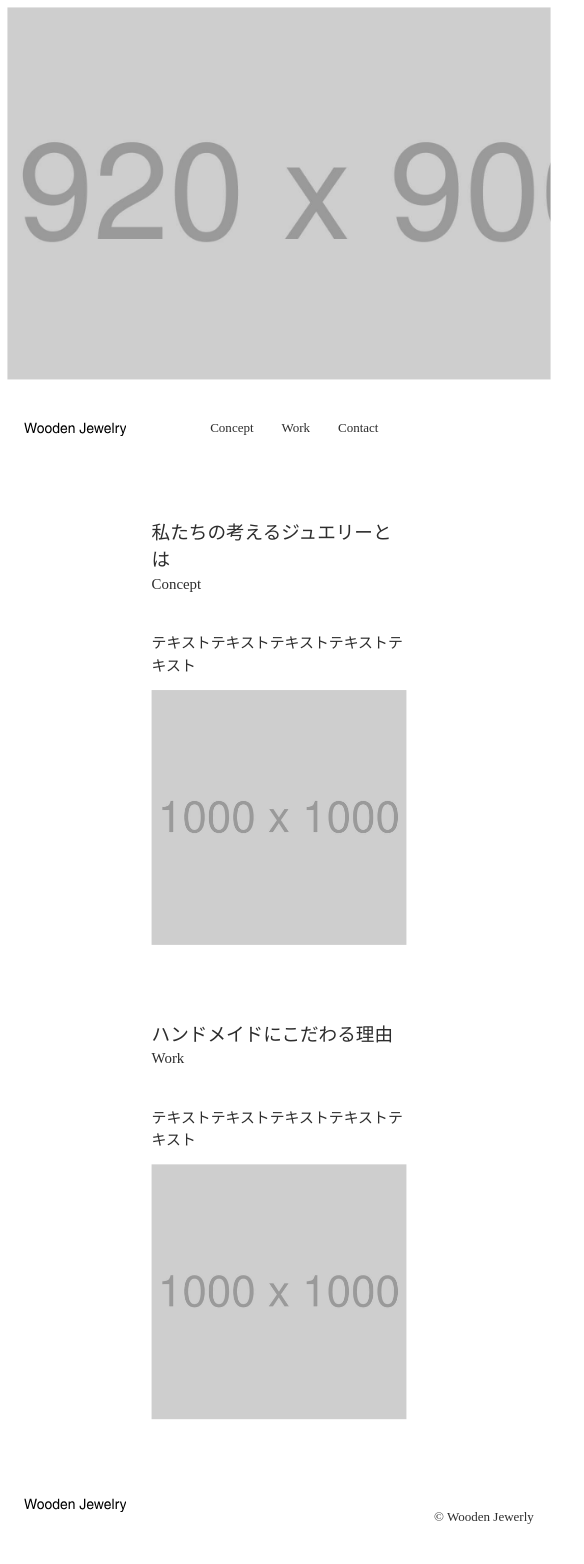
Repository: Fuki-san/jewelry
Page: http://localhost/jewelry
The author's editor kept a copy of each file at every save. The page is drawn from the files as they stood at one save, then again after a run of saves.
The browser window is 600 px wide. The page is 628 px wide, so the pictures cover 628 px, including what lies to the right of the window. The pictures show the whole page, at 93% of full size.
The page is served by the project's Laravel application, run on PHP 8.4 with Laravel 10. Other server files are loaded and not shown.

Above is the page before, as saved 2023-11-26 15:11:30.

### routes/web.php
<?php

use Illuminate\Support\Facades\Route;

/*
|--------------------------------------------------------------------------
| Web Routes
|--------------------------------------------------------------------------
|
| Here is where you can register web routes for your application. These
| routes are loaded by the RouteServiceProvider and all of them will
| be assigned to the "web" middleware group. Make something great!
|
*/

Route::get('/', function () {
    return view('welcome');
});

Route::get('jewelry', function () {
    return view('jewelry');
});

### resources/views/jewelry.blade.php
@extends('layouts.main')

@section('title', 'jewelry')

@section('content')
    <div id="mainvisual">
        <img src="img/mainvisual.jpg">
    </div>
    <header id="header">
        <h1 class="site-title"><a href="#"><img src="img/logo.svg"></a></h1>
        <nav>
            <ul>
                <li><a href="#concept">Concept</a></li>
                <li><a href="#work">Work</a></li>
                <li><a href="mailto:xxx@xxx.xxx?subject=お問い合わせ">Contact</a></li>
            </ul>
        </nav>
    </header>

    <div class="container">
        <main>
            <section id="concept" class="content">
                <div class="img">
                    <img src="img/concept.jpg">
                </div>
                <div class="text">
                    <h2 class="section-title">私たちの考えるジュエリーとは</h2>
                    <span class="section-title-en">Concept</span>
                    <p>テキストテキストテキストテキストテキスト</p>
                </div>
            </section>

            <section id="work" class="content">
                <div class="text">
                    <h2 class="section-title">ハンドメイドにこだわる理由</h2>
                    <span class="section-title-en">Work</span>
                    <p>テキストテキストテキストテキストテキスト</p>
                </div>
                <div class="img">
                    <img src="img/work.jpg">
                </div>
            </section>
        </main>

        <footer id="footer">
            <div class="logo">
                <img src="img/logo.svg" alt="">
            </div>
            <p class="copyright">&copy; Wooden Jewerly</p>
        </footer>
    </div>

@endsection

### resources/views/layouts/main.blade.php
<!DOCTYPE html>
<html lang="ja">
<head>
    <meta charset="UTF-8">
    <meta name="viewport" content="width=device-width, initial-scale=1.0">
    <meta http-equiv="X-UA-Compatible" content="ie=edge">
    <link rel="stylesheet" href="{{ asset('css/reset.css') }}">
    <link rel="stylesheet" href="{{ asset('css/style.css') }}">
    <link rel="icon" href="img/favicon.ico">
    <title>@yield('title')</title>
</head>
<body>
    @yield('content')
</body>
</html>

### public/css/style.css
@charset "utf-8";

html{
    font-size: 100%;
}
body{
    font-family: 'Crimson Text', serif;
    color: #2d2d2d;
}
ul{
    list-style: none;
}
a{
    text-decoration: none;
    color:#2d2d2d;
}

img{
    max-width: 100%;
    /* img親のdivのコンテンツラインと子のimgコンテンツラインの下端だけ少し隙間がある。
    その理由は、画像の横にテキストが入力された場合にデフォルトで定まっているvertical-align baseline
    が適応され、英文字のbaseline的に多少の文字の一部が下に出てしまうからであり、今回は文字もかかず、
    子imgと親divの下端の隙間はいらないため、vertical-align bottomで隙間を除去する。
    baselineとbottomの差は微小なので分かりずらいが、例えばgのbaselineはgフォントの下のクルンって
    なっているところの途中で baselineがくるが、bottomならほんとに一番下のクルンのところでくる
    隙間があるかどうかは親divのbackgroundcolorを設定すると分かりやすい */
    vertical-align: buttom;
}

.container{
    margin: 0 auto;
    max-width: 1000px;
    padding: 0 18px;
}

.site-title{
    width: 110px;
    line-height: 1px;
    margin-right: 50px;
}
.site-title a{
    display: block;
}
.section-title{
    font-size: 1.5rem;
    font-weight: normal;
    margin-bottom: 4px;
}

.section-title-en{
    display: inline-block;
    /* スパンタグでもmarginbottom使えるようにするため */
    margin-bottom: 25px;
}

#mainvisual{
    margin: 4% auto 0 auto;
    width: 90vw;
}

#header{
    width: 90vw;
    display: flex;
    align-items: center;
    padding: 32px 0;
    margin: 0 auto 30px auto;
}

#header ul{
    display: flex;
}
#header li{
    margin-right: 30px;
    font-size: 0.875rem;
}
#header li:last-child{
    margin-right: 0;
}
.content{
    display: flex;
    align-items: center;
    margin-bottom: 60px;
}
.content .img{
    width: 50%;
}
.content .text{
    width: 50%;
    padding: 0 7%;
}

#footer {
    display: flex;
    justify-content: space-between;
    font-size: 0.875rem;
    padding: 20px 0;
}
#footer .logo{
    width: 110px;
}

@media screen and (max-width: 767px) {
    .section-title{
        font-size: 1.25rem;
    }
    #mainvisual{
        width: 100%;
        margin: 0;
    }
    #mainvisual img{
        width: 100%;
        height: 50vh;
        object-fit: cover;
    }
    #header{
        width: 100%;
        padding: 20px 18px;
    }
    #work{
        flex-direction: column;
    }
    .content{
        flex-direction: column-reverse;
    }
}

### public/img/logo.svg
<?xml version="1.0" encoding="utf-8"?>
<!-- Generator: Adobe Illustrator 15.1.0, SVG Export Plug-In . SVG Version: 6.00 Build 0)  -->
<!DOCTYPE svg PUBLIC "-//W3C//DTD SVG 1.1//EN" "http://www.w3.org/Graphics/SVG/1.1/DTD/svg11.dtd">
<svg version="1.1" id="レイヤー_1" xmlns="http://www.w3.org/2000/svg" xmlns:xlink="http://www.w3.org/1999/xlink" x="0px"
	 y="0px" width="1000px" height="140px" viewBox="0 0 1000 140" enable-background="new 0 0 1000 140" xml:space="preserve">
<g>
	<path d="M39.405,111.195H25.498L0,13.294h14.317l18.271,79.63h0.273l21.952-79.63h14.454l21.953,79.63h0.273l18.271-79.63h14.59
		l-25.771,97.901H84.674l-22.362-81.13H62.04L39.405,111.195z"/>
	<path d="M160.348,37.837c22.771,0,33.133,19.226,33.133,37.634c0,18.407-10.362,37.633-33.133,37.633
		c-22.771,0-33.134-19.226-33.134-37.633C127.214,57.063,137.577,37.837,160.348,37.837z M160.348,102.741
		c17.18,0,20.726-17.726,20.726-27.27c0-9.545-3.545-27.271-20.726-27.271c-17.181,0-20.725,17.726-20.725,27.271
		C139.623,85.015,143.167,102.741,160.348,102.741z"/>
	<path d="M236.16,37.837c22.771,0,33.133,19.226,33.133,37.634c0,18.407-10.362,37.633-33.133,37.633
		c-22.771,0-33.134-19.226-33.134-37.633C203.026,57.063,213.389,37.837,236.16,37.837z M236.16,102.741
		c17.18,0,20.726-17.726,20.726-27.27c0-9.545-3.545-27.271-20.726-27.271c-17.181,0-20.725,17.726-20.725,27.271
		C215.435,85.015,218.979,102.741,236.16,102.741z"/>
	<path d="M342.105,111.195h-11.318v-9.817h-0.272c-5.182,9.681-13.362,11.863-20.316,11.863c-24.271,0-31.361-22.771-31.361-39.815
		c0-20.044,10.772-35.588,29.724-35.588c12.954,0,18.408,8.045,21.271,12.136l0.273-0.955V13.294h12V111.195z M310.471,102.877
		c7.637,0,19.499-5.044,19.499-23.998c0-11.59-1.909-30.271-19.226-30.271c-18.544,0-19.499,17.59-19.499,26.725
		C291.245,91.015,297.381,102.877,310.471,102.877z"/>
	<path d="M419.28,88.833c-0.408,3.409-3.681,13.499-12.681,19.499c-3.272,2.181-7.908,4.909-19.362,4.909
		c-20.043,0-31.907-15.135-31.907-35.725c0-22.089,10.636-39.679,34.225-39.679c20.589,0,30.679,16.363,30.679,41.588h-52.086
		c0,14.862,6.954,23.452,20.726,23.452c11.317,0,17.998-8.727,18.408-14.044H419.28z M407.827,69.88
		c-0.682-11.044-5.317-21.271-19.907-21.271c-11.045,0-19.771,10.227-19.771,21.271H407.827z"/>
	<path d="M492.638,111.195h-11.999V67.29c0-12.408-3.545-18.681-15.271-18.681c-6.817,0-18.817,4.363-18.817,23.726v38.86h-11.998
		V39.882h11.317v10.09h0.273c2.59-3.818,9.271-12.136,21.543-12.136c11.044,0,24.952,4.5,24.952,24.816V111.195z"/>
	<path d="M554.132,79.697v6.818c0,11.726,5.591,15.953,14.727,15.953c12.271,0,15.68-7.363,15.68-16.908V13.294h13.227v71.449
		c0,22.907-14.999,29.043-28.225,29.043c-22.771,0-27.815-15.272-27.815-24.407v-9.681H554.132z"/>
	<path d="M676.985,88.833c-0.409,3.409-3.682,13.499-12.681,19.499c-3.272,2.181-7.908,4.909-19.362,4.909
		c-20.044,0-31.906-15.135-31.906-35.725c0-22.089,10.636-39.679,34.225-39.679c20.589,0,30.679,16.363,30.679,41.588h-52.086
		c0,14.862,6.954,23.452,20.726,23.452c11.317,0,17.998-8.727,18.407-14.044H676.985z M665.531,69.88
		c-0.681-11.044-5.316-21.271-19.906-21.271c-11.045,0-19.771,10.227-19.771,21.271H665.531z"/>
	<path d="M715.574,111.195h-12.407l-20.59-71.313h13.091l13.634,56.041h0.273l13.771-56.041h13.362l13.908,56.041h0.273
		l14.453-56.041h11.998l-20.725,71.313h-12.409l-14.453-55.223h-0.272L715.574,111.195z"/>
	<path d="M847.153,88.833c-0.409,3.409-3.682,13.499-12.681,19.499c-3.272,2.181-7.908,4.909-19.362,4.909
		c-20.044,0-31.906-15.135-31.906-35.725c0-22.089,10.635-39.679,34.225-39.679c20.589,0,30.679,16.363,30.679,41.588h-52.086
		c0,14.862,6.954,23.452,20.726,23.452c11.317,0,17.998-8.727,18.407-14.044H847.153z M835.699,69.88
		c-0.682-11.044-5.316-21.271-19.906-21.271c-11.045,0-19.771,10.227-19.771,21.271H835.699z"/>
	<path d="M874.695,111.195h-11.998V13.294h11.998V111.195z"/>
	<path d="M906.327,111.195h-11.999V39.882h11.318v11.863h0.271c4.772-8.318,11.045-13.909,20.045-13.909
		c1.499,0,2.181,0.137,3.135,0.409v12.408h-4.499c-11.182,0-18.271,8.727-18.271,19.09V111.195z"/>
	<path d="M986.774,39.882H1000c-8.317,23.316-16.499,46.633-25.634,69.949c-11.317,28.907-12.544,30.543-27.953,30.543
		c-1.772,0-3.135-0.545-5.044-1.091v-10.908c1.499,0.545,3.954,1.227,7.227,1.227c6.272,0,6.954-1.772,12.681-16.499l-26.453-73.221
		h13.636l18.953,58.086h0.273L986.774,39.882z"/>
</g>
</svg>

After the next 3 saves:
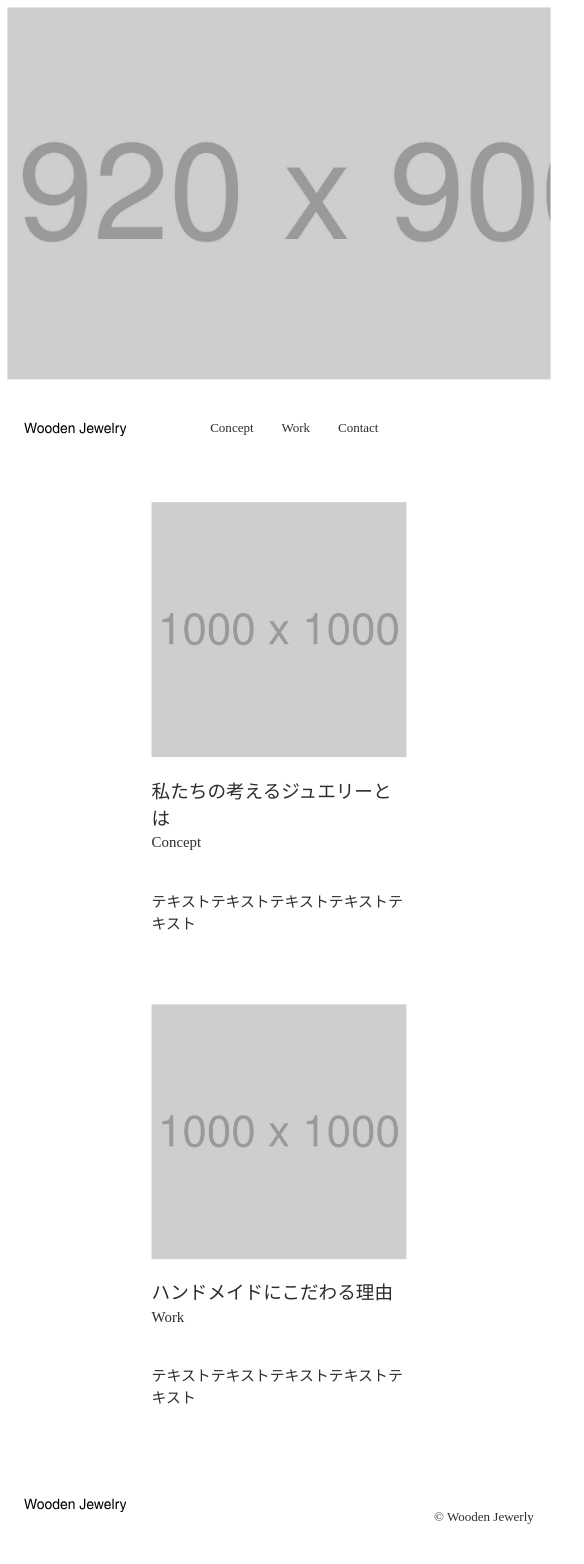
The 3 saves are shown as one change because they came seconds apart.
The last was saved 17 s later.
--- a/public/css/style.css
+++ b/public/css/style.css
@@ -117,9 +117,9 @@ img{
         padding: 20px 18px;
     }
     #work{
+        flex-direction: column-reverse;
+    }
+    .content{
         flex-direction: column;
     }
-    .content{
-        flex-direction: column-reverse;
-    }
 }
